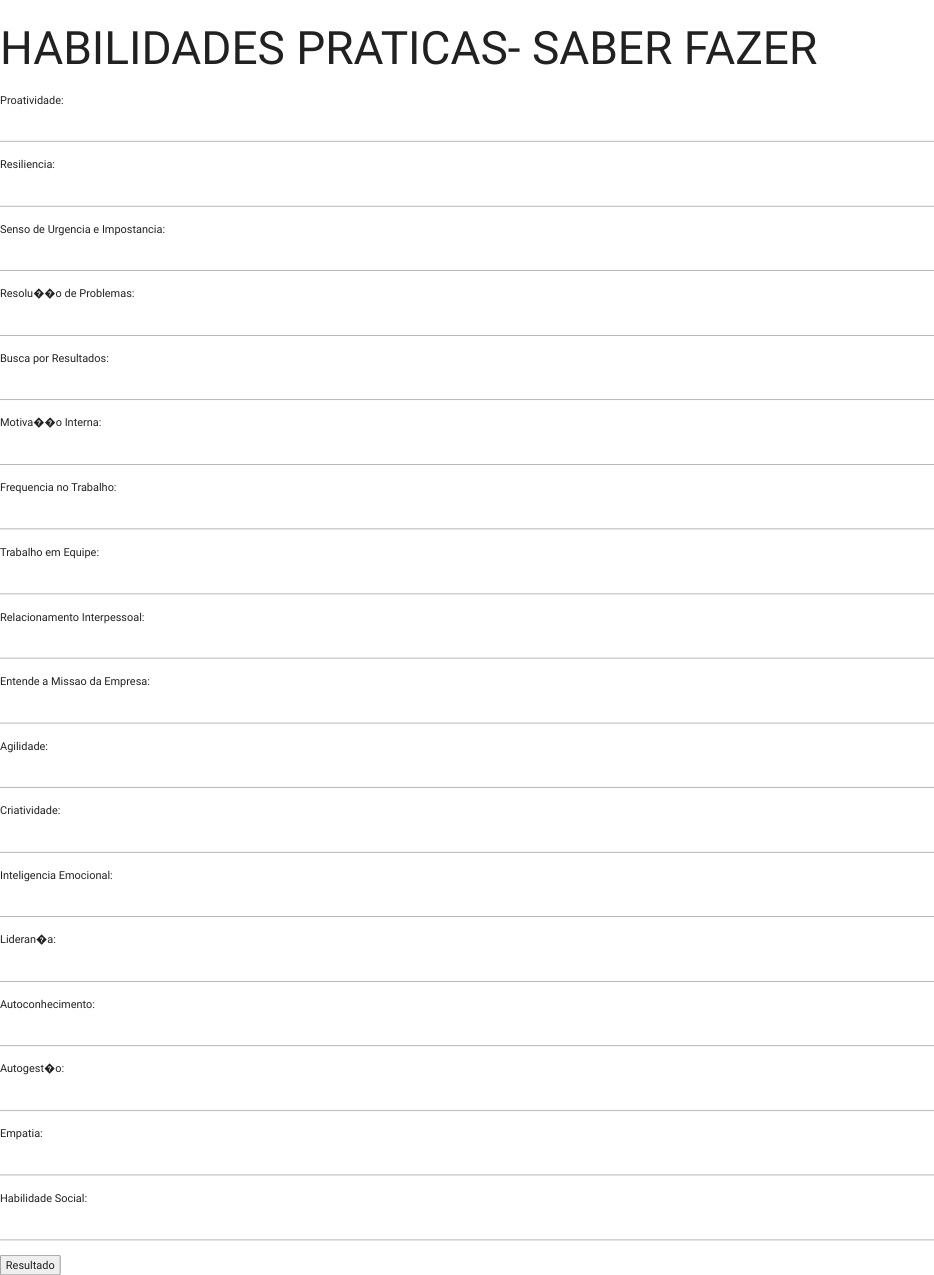
Repository: cspreng/Questionario
Page: http://localhost/cadastro/atitude
An editor plug-in stored every save of this project. The page is shown before and after the next save, followed by the edit.
The browser window is 1280 px wide. The pictures show the whole page, at 73% of full size.
The page is this project's Thymeleaf template; nobody is signed in. The template is opened directly, without the code that normally fills it, so the values that code supplies are empty.

Above is the page before, as saved 2021-07-27 02:03:10.
Console error: ReferenceError: $ is not defined

### questionario/src/main/resources/templates/cadastro/atitude.html
<!DOCTYPE html>
<html xmlns:th="http://thymeleaf.org"
	  xmlns:layout="http://www.ultraq.net.nz/thymeleaf/layout">

<head>
	<title>INDICADORES COMPOSTAMENTAIS</title>
	<!--Import Google Icon Font-->
      <link href="https://fonts.googleapis.com/icon?family=Material+Icons" rel="stylesheet">
      <!--Import materialize.css-->
      <link type="text/css" rel="stylesheet" href="materialize/css/materialize.min.css"  media="screen,projection"/>

      <!--Let browser know website is optimized for mobile-->
      <meta name="viewport" content="width=device-width, initial-scale=1.0"/>
<body>

	<h1>HABILIDADES PRATICAS- SABER FAZER</h1>
	<form method="post">
		Proatividade: <input type="text" value= "" name="proatividade"/>
	Resiliencia: <input type="text" value= "" name="resiliencia"/>
		Senso de Urgencia e Impostancia: <input type="text" value= "" name="urgencia"/>
		Resolução de Problemas: <input type="text" value= "" name="problema"/>
		Busca por Resultados: <input type="text" value= "" name="resultados"/>
		Motivação Interna: <input type="text" value= "" name="motivacao"/>
		Frequencia no Trabalho: <input type="text" value= "" name="frequencia"/>
	Trabalho em Equipe: <input type="text" value= "" name="equipe"/>
		Relacionamento Interpessoal: <input type="text" value= "" name="interpessoal"/>
		Entende a Missao da Empresa: <input type="text" value= "" name="missao"/>
		Agilidade: <input type="text" value= "" name="agilidade"/>
		Criatividade: <input type="text" value= "" name="criatividade"/>
		Inteligencia Emocional: <input type="text" value= "" name="inteligencia"/>
	Liderança: <input type="text" value= "" name="lideranca"/>
		Autoconhecimento: <input type="text" value= "" name="autoconhecimento"/>
		Autogestão: <input type="text" value= "" name="autogestao"/>
		Empatia: <input type="text" value= "" name="empatia"/>
		Habilidade Social: <input type="text" value= "" name="social"/>


		<button type="submit">Resultado</button>


	</form>


	<script type="text/javascript" src="materialize/js/materialize.min.js"></script>

</body>

</head>


</html>

Loaded but not shown: questionario/src/main/resources/static/materialize/css/materialize.min.css (library); questionario/src/main/resources/static/materialize/js/materialize.min.js (library)

After the next save:
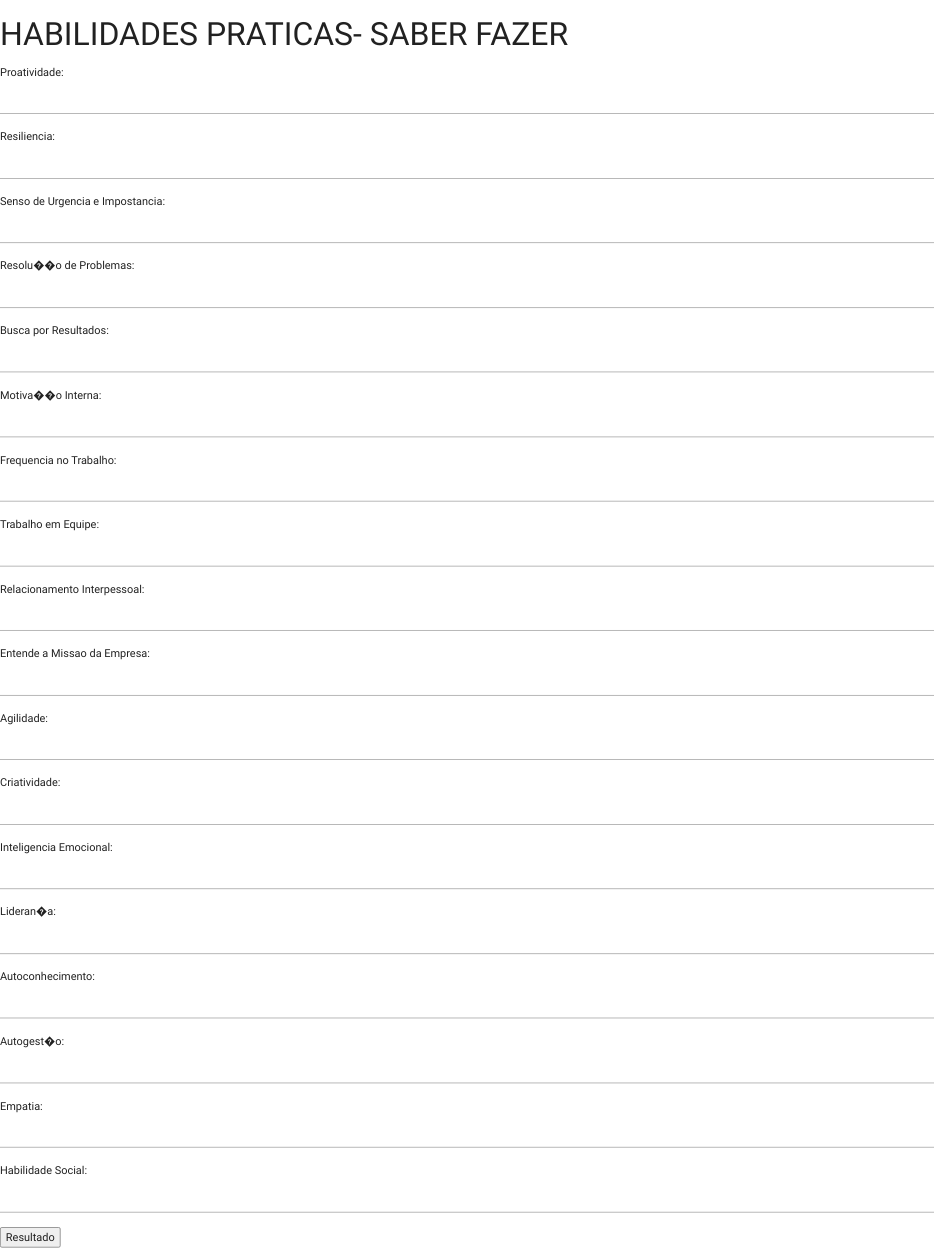
Saved 30 s later.
--- a/questionario/src/main/resources/templates/cadastro/atitude.html
+++ b/questionario/src/main/resources/templates/cadastro/atitude.html
@@ -13,7 +13,7 @@
       <meta name="viewport" content="width=device-width, initial-scale=1.0"/>
 <body>
 
-	<h1>HABILIDADES PRATICAS- SABER FAZER</h1>
+	<h3>HABILIDADES PRATICAS- SABER FAZER</h3>
 	<form method="post">
 		Proatividade: <input type="text" value= "" name="proatividade"/>
 	Resiliencia: <input type="text" value= "" name="resiliencia"/>
